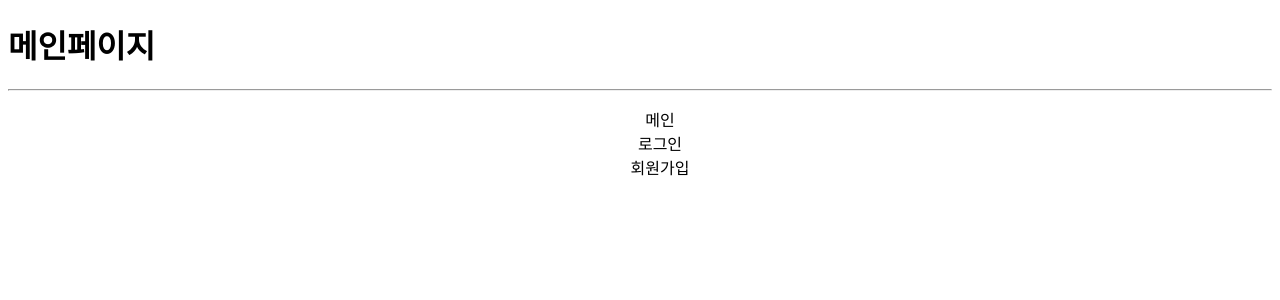
Repository: sunandjun/jspwork
Page: http://localhost/cos/main.jsp
An editor plug-in stored every save of this project. The page is shown before and after the next save, followed by the edit.
The browser window is 1280 px wide. The pictures show the whole page.
The page is served by Tomcat 9.

Above is the page before, as saved 2020-08-22 02:35:41.

After the next save:
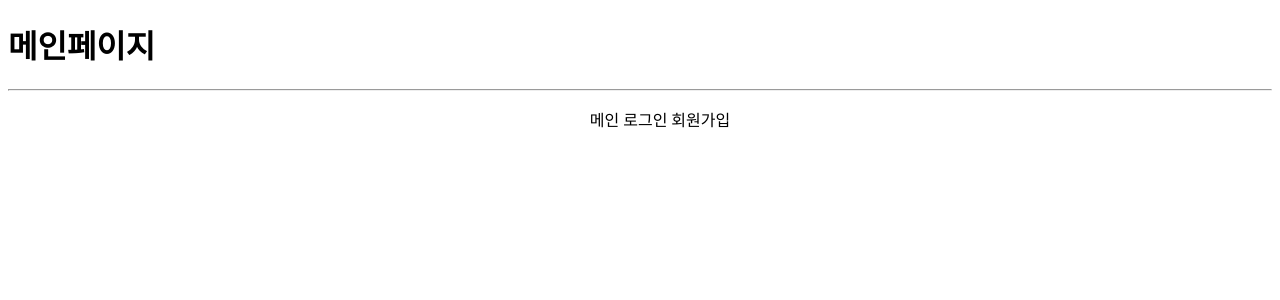
Saved 74 s later.
--- a/cos/WebContent/main.jsp
+++ b/cos/WebContent/main.jsp
@@ -6,12 +6,14 @@
 <meta charset="UTF-8">
 <title>메인페이지</title>
 <style type="text/css">
-	li {
-		display: block;
-	}
 	ul {
 		text-align: center;
 	}
+
+	li {
+		display: inline-block;
+	}
+
 </style>
 </head>
 <body>
